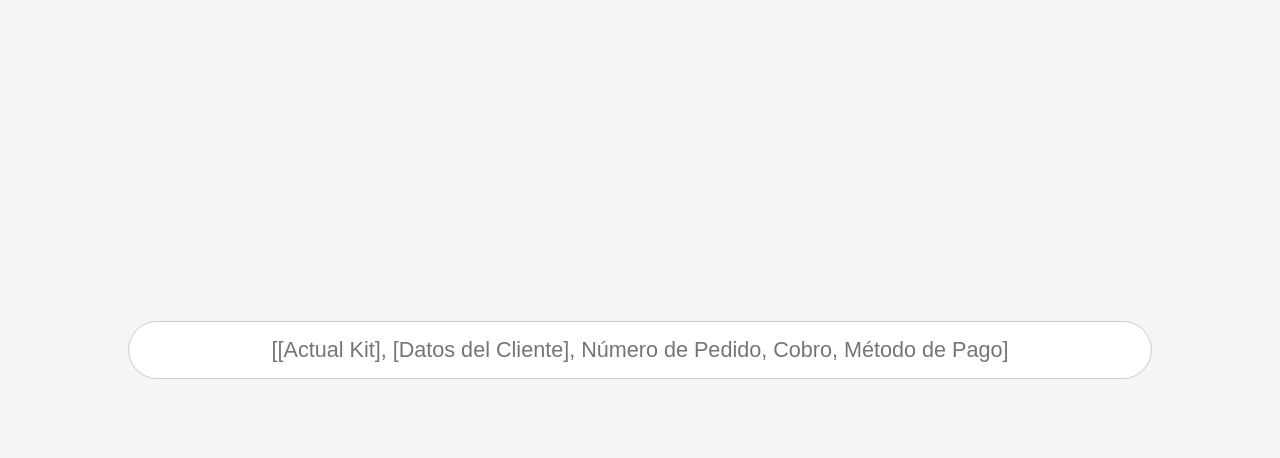
Repository: aCoupon0/intranet
Page: 1/venta-1.html
The author's editor kept a copy of each file at every save. The page is drawn from the files as they stood at one save, then again after the next save.
The browser window is 1280 px wide. The pictures show the whole page.

Above is the page before, as saved 2024-11-29 12:08:43.

### 1/venta-1.html
<!DOCTYPE html>
<html lang="es">

<head>
    <meta charset="UTF-8">
    <meta name="viewport" content="width=device-width, initial-scale=1.0">
    <title>Intranet DermaBox</title>
    <link rel="stylesheet" href="../css/venta.css">
</head>

<body>
    <input type="text" placeholder="[[Actual Kit], [Datos del Cliente], Número de Pedido, Cobro, Método de Pago]"
        class="input-texto" required>
</body>

</html>

### css/venta.css
body {
    font-family: 'Roboto', system-ui, -apple-system, BlinkMacSystemFont, 'Segoe UI', sans-serif;
    margin: 0;
    padding: 0;
    display: flex;
    justify-content: center;
    align-items: center;
    height: 100vh;
    flex-direction: column;
    background-color: #f5f5f5;
    color: #333;
    gap: 1.5vw;
}

input {
    width: 80vw; /* Ocupa el 80% del ancho del contenedor */
    height: 8vh; /* Altura dinámica según el viewport */
    padding: 10px;
    font-size: 3vh;
    border: 1px solid #ccc;
    border-radius: 5vw;
    margin-bottom: 20px; /* Separación del botón */
    box-sizing: border-box;
    text-align: center;
}

After the next save:
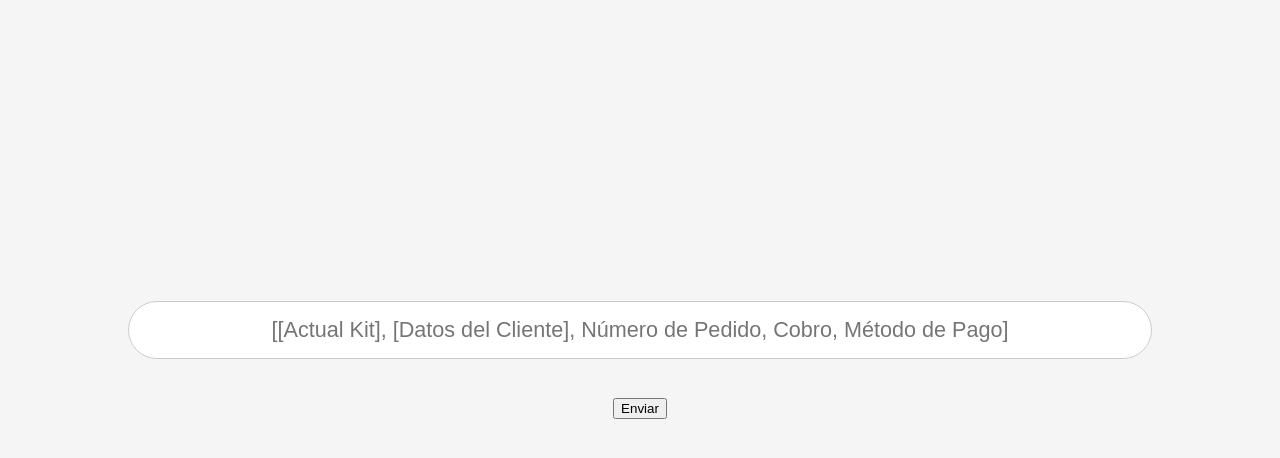
Saved 18 s later.
--- a/1/venta-1.html
+++ b/1/venta-1.html
@@ -11,6 +11,8 @@
 <body>
     <input type="text" placeholder="[[Actual Kit], [Datos del Cliente], Número de Pedido, Cobro, Método de Pago]"
         class="input-texto" required>
+
+        <button class="boton-enviar">Enviar</button>
 </body>
 
 </html>
